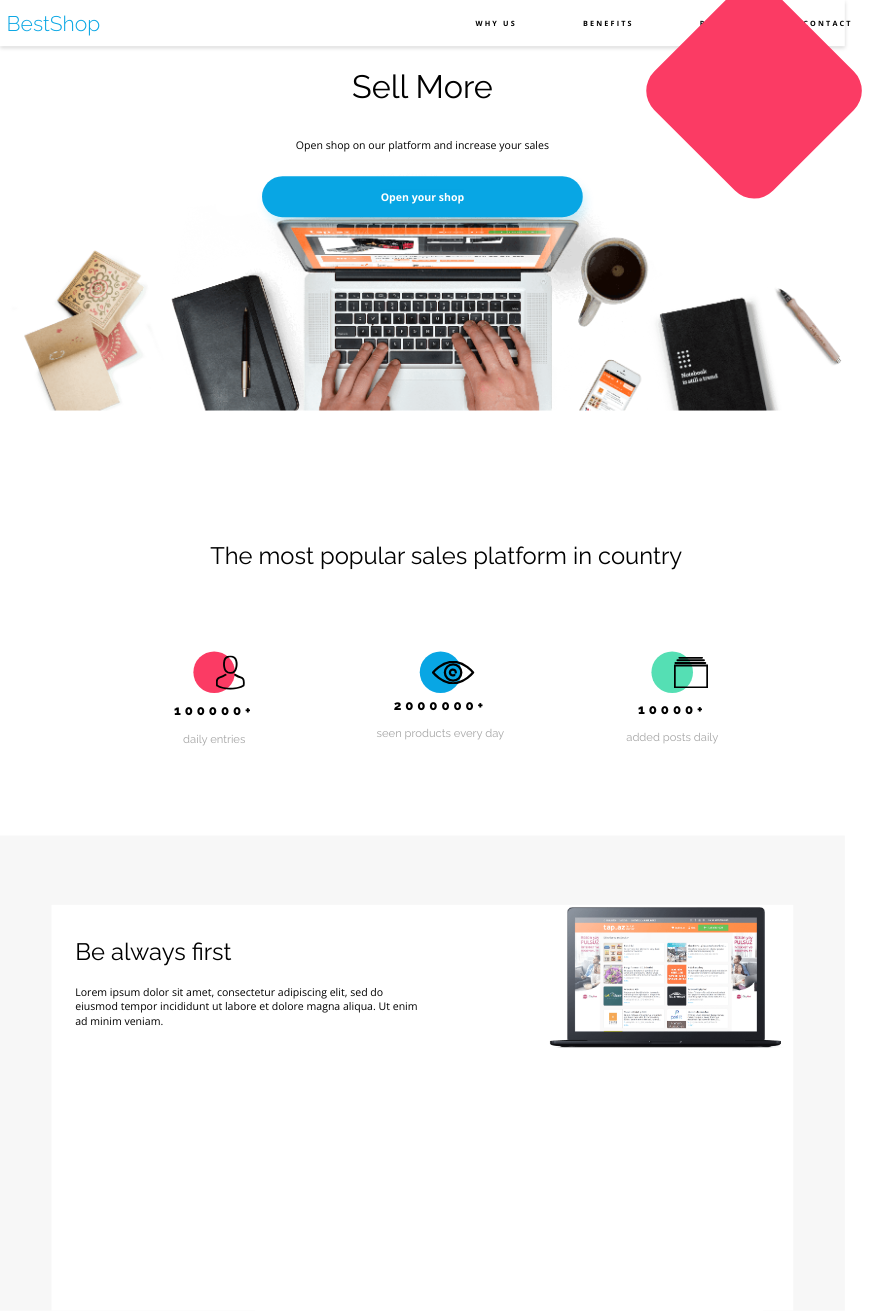
Repository: Widzisz/bestshop-website
Page: index.html
The author's editor kept a copy of each file at every save. The page is drawn from the files as they stood at one save, then again after the next save.
The browser window is 1280 px wide. The page is 1352 px wide, so the pictures cover 1352 px, including what lies to the right of the window. The pictures show the whole page, at 66% of full size.

Above is the page before, as saved 2021-03-19 21:21:11.

### index.html
<!DOCTYPE html>
<html lang="en">

<head>
  <meta charset="UTF-8">
  <meta http-equiv="X-UA-Compatible" content="IE=edge">
  <meta name="viewport" content="width=device-width, initial-scale=1.0">
  <link rel="preconnect" href="https://fonts.gstatic.com">
  <link
    href="https://fonts.googleapis.com/css2?family=Open+Sans:ital,wght@0,300;0,400;0,600;0,700;0,800;1,300;1,400;1,600;1,700;1,800&family=Raleway:ital,wght@0,100;0,200;0,300;0,400;0,500;0,600;0,700;0,800;0,900;1,100;1,200;1,300;1,400;1,500;1,600;1,700;1,800;1,900&display=swap"
    rel="stylesheet">
  <title>BestShop</title>
  <link rel="stylesheet" href="css/normalize.css">
  <link rel="stylesheet" href="css/style.css">
</head>

<body>
  <div class="hero">
    <!--!!! HEADER + NAV !!!-->
    <header class="header">
      <div class="container">

        <div class="logo">
          <a href="" class="logo__title">
            BestShop
          </a>
        </div>

        <nav class="menu">
          <ul class="menu__list">
            <li><a href="">WHY US</a></li>
            <li><a href="">BENEFITS</a></li>
            <li><a href="">PRICES</a></li>
            <li><a href="">CONTACT</a></li>
          </ul>
        </nav>

      </div>
    </header>

    <!--!!! SEKCJA PIERWSZA !!!-->
    <section class="welcome">
      <div class="welcome__rows">
        <h1 class="welcome__rows-title">
          Sell More
        </h1>
        <p class="welcome__rows-text">
          Open shop on our platform and increase your sales
        </p>
        <div class="welcome__rows-btn">
          <a href="" class="welcome__rows-btn-1">
            Open your shop
          </a>
        </div>
      </div>
    </section>

    <!--!!! SEKCJA DRUGA !!!-->
    <section class="container">
      <div class="statistics">
        <h2 class="statistics__title">
          The most popular sales platform in country
        </h2>

        <div class="statistics__rows">

          <div class="statistics__rows-1">
            <div class="statistics__rows-picture">
              <div class="statistics__rows-circle-1">
              </div>
              <img src="images/person.svg" alt="" class="statistics-icon-1">
            </div>
            <p class="statistics__rows-numbers">
              100000+
            </p>
            <p class="statistics__rows-text">
              daily entries
            </p>
          </div>

          <div class="statistics__rows-2">
            <div class="statistics__rows-picture">
              <div class="statistics__rows-circle-2">
              </div>
              <img src="images/eye.svg" alt="" class="statistics-icon-2">
            </div>
            <p class="statistics__rows-numbers">
              2000000+
            </p>
            <p class="statistics__rows-text">
              seen products every day
            </p>
          </div>

          <div class="statistics__rows-3">
            <div class="statistics__rows-picture">
              <div class="statistics__rows-circle-3">
              </div>
              <img src="images/catalog.svg" alt="" class="statistics-icon-3">
            </div>
            <p class="statistics__rows-numbers">
              10000+
            </p>
            <p class="statistics__rows-text">
              added posts daily
            </p>
          </div>


        </div>
      </div>
    </section>


    <!--!!! SEKCJA TRZECIA !!!-->
    <div class="hero-2">
      <section class="container-2">

        <div class="promotion-1">
          <div class="promotion__image-1">
            <div class="promotion__picture">
              <img src="images/macbook.png" alt="" class="promotion__picture-1">
            </div>
            <div class="promotion__image-figure-1">
            </div>
          </div>
          <div class="text__rows">
            <h2 class="text__rows-title">
              Be always first
            </h2>
            <p class="text__rows-text">
              Lorem ipsum dolor sit amet, consectetur adipiscing elit, sed do eiusmod tempor incididunt ut labore et
              dolore magna aliqua. Ut enim ad minim veniam.
            </p>
            <div class="text__rows-underline-1">
            </div>
          </div>
        </div>

      </section>
    </div>

  </div>

  </div>




</body>

</html>

### css/style.css
:root {
  --c-primary: #08a6e4;
  --c-primary-shadow: rgba(7, 172, 230, 0.16);
  --c-redish: #fb3b64;
  --c-green: #55dfb4;
  --c-black: #000000;
  --c-grey: #a5a5a5;
  --c-light-grey: #f7f7f7;
  --c-white: #ffffff;
  --font-open: "Open Sans", sans-serif;
  --font-raleway: "Raleway", sans-serif;
  --cursor-pointer: pointer;
}

html {
}

* {
  box-sizing: border-box;
}
body {
  margin: 0;
}

.container {
  width: 1352px;
  margin: 0 auto;
  padding-left: 10px;
  padding-right: 10px;
}

/* -------------------------------------------------------------------------
                           NAGŁÓWEK
------------------------------------------------------------------------- */
.hero {
  width: 100%;
  height: 100vh;
  background-color: var(--c-white);
}

.header {
  width: 100%;
  height: 70px;
  background-color: var(--c-white);
  box-shadow: 0px 3px 6px #00000029;
  opacity: 1;
}

.header .container {
  height: 100%;
  display: flex;
  justify-content: space-between;
  align-items: center;
}

.logo {
}

.logo__title {
  text-align: left;
  text-decoration: none;
  color: var(--c-primary);
  letter-spacing: 0px;
  opacity: 1;
  font: normal normal 300 32px/37px var(--font-raleway);
  cursor: var(--cursor-pointer);
}

.menu {
}
.menu__list {
  list-style-type: none;
  display: flex;
}
.menu__list a {
  padding: 0 50px;
  text-decoration: none;
  text-align: center;
  font: normal normal bold 11px/15px var(--font-open);
  letter-spacing: 3.28px;
  color: var(--c-black);
  opacity: 1;
  position: relative;
}

.menu__list a::before {
  content: "";
  position: absolute;
  width: 100%;
  height: 4px;
  top: 40px;
  left: 0;
  background-color: var(--c-primary);
  visibility: hidden;
  transform: scaleX(0);
  transition: all 0.3s ease-in-out 0s;
}

.menu__list a:hover::before {
  visibility: visible;
  transform: scaleX(0.5);
}

/* -------------------------------------------------------------------------
                           SEKCJA PIERWSZA
------------------------------------------------------------------------- */
.welcome {
  height: 100vh;
  background-image: url(../images/background.png);
  background-repeat: no-repeat;
  background-size: contain;
  background-position: center;
}

.welcome__rows {
  display: flex;
  justify-content: center;
  align-items: center;
  flex-direction: column;
  padding-bottom: 100px;
}

.welcome__rows-title {
  text-align: center;
  font: normal normal normal 49px/57px var(--font-raleway);
  letter-spacing: 0px;
  color: var(--c-black);
  opacity: 1;
}

.welcome__rows-text {
  text-align: center;
  font: normal normal normal 16px/22px var(--font-open);
  letter-spacing: 0px;
  color: var(--c-black);
  opacity: 1;
}

.welcome__rows-btn {
  margin-top: 20px;
  padding: 20px 180px;
  background: var(--c-primary);
  box-shadow: 5px 10px 14px #07ace629;
  border-radius: 40px;
  opacity: 1;
}

.welcome__rows-btn-1 {
  font: normal normal bold 16px/22px var(--font-open);
  text-align: center;
  letter-spacing: 0px;
  background: var(--c-primary);
  color: var(--c-white);
  text-decoration: none;
}

/* -------------------------------------------------------------------------
                           SEKCJA DRUGA
------------------------------------------------------------------------- */

.statistics {
  display: flex;
  justify-content: center;
  align-items: center;
  flex-direction: column;
}
.statistics__title {
  text-align: center;
  font: normal normal normal 36px/42px var(--font-raleway);
  letter-spacing: 0px;
  color: var(--c-black);
  opacity: 1;
  padding-bottom: 101px;
}

.statistics__rows {
  display: flex;
  justify-content: center;
  align-items: center;
  gap: 185px;
  padding-bottom: 120px;
}

.statistics__rows-picture {
  display: flex;
  justify-content: center;
  align-items: center;
}

.statistics__rows-circle-1 {
  height: 63px;
  width: 63px;
  background: var(--c-redish);
  border-radius: 50%;
  opacity: 1;
  position: absolute;
  z-index: 0;
}

.statistics__rows-circle-2 {
  height: 63px;
  width: 63px;
  background: var(--c-primary);
  border-radius: 50%;
  opacity: 1;
  position: absolute;
  z-index: 0;
}

.statistics__rows-circle-3 {
  height: 63px;
  width: 63px;
  background: var(--c-green);
  border-radius: 50%;
  opacity: 1;
  position: absolute;
  z-index: 0;
}

.statistics-icon-1 {
  position: relative;
  left: 20%;
  z-index: 1;
}

.statistics-icon-2 {
  position: relative;
  left: 10%;
  z-index: 1;
}

.statistics-icon-3 {
  position: relative;
  left: 20%;
  z-index: 1;
}

.statistics__rows-numbers {
  text-align: center;
  font: normal normal 800 20px/24px var(--font-raleway);
  letter-spacing: 5.96px;
  color: var(--c-black);
  opacity: 1;
}

.statistics__rows-text {
  text-align: center;
  font: normal normal normal 17px/20px var(--font-raleway);
  letter-spacing: 0px;
  color: var(--c-grey);
  opacity: 1;
}

/* -------------------------------------------------------------------------
                             SEKCJA TRZECIA
------------------------------------------------------------------------- */

.hero-2 {
  width: 100%;
  height: 100vh;
  background: var(--c-light-grey);
  padding-top: 105px;
  display: flex;
  justify-content: center;
}

.container-2 {
  width: 1124px;
  background: var(--c-white);

}

.promotion-1 {
  display: flex;
  justify-content: space-between;
  align-items: center;
  flex-direction: row-reverse;
  gap: 169px;
}
.promotion__image-1 {
  display: flex;
  justify-content: center;
  align-items: center;
}
.promotion__picture {
}
.promotion__picture-1 {
  width: 386px;
  height: 219px;
  position: relative;
  top: 0;
  right: 0;
  z-index: 1;
}
.promotion__image-figure-1 {
  background-color: var(--c-redish);
  width: 255px;
  height: 255px;
  border-radius: 41px;
  opacity: 1;
  transform: rotate(45deg);
  position: absolute;
  top: 10px;
  right: 10px;
  z-index: 0;
}
.text__rows {
    padding-left: 36px;
}
.text__rows-title {
  text-align: left;
  font: normal normal normal 36px/42px var(--font-raleway);
  letter-spacing: 0px;
  color: var(--c-black);
  opacity: 1;
}
.text__rows-text {
  text-align: left;
  font: normal normal normal 16px/22px var(--font-open);
  letter-spacing: 0px;
  color: var(--c-black);
  opacity: 1;
}
.text__rows-underline-1 {
}

Loaded but not shown: css/normalize.css (library)

After the next save:
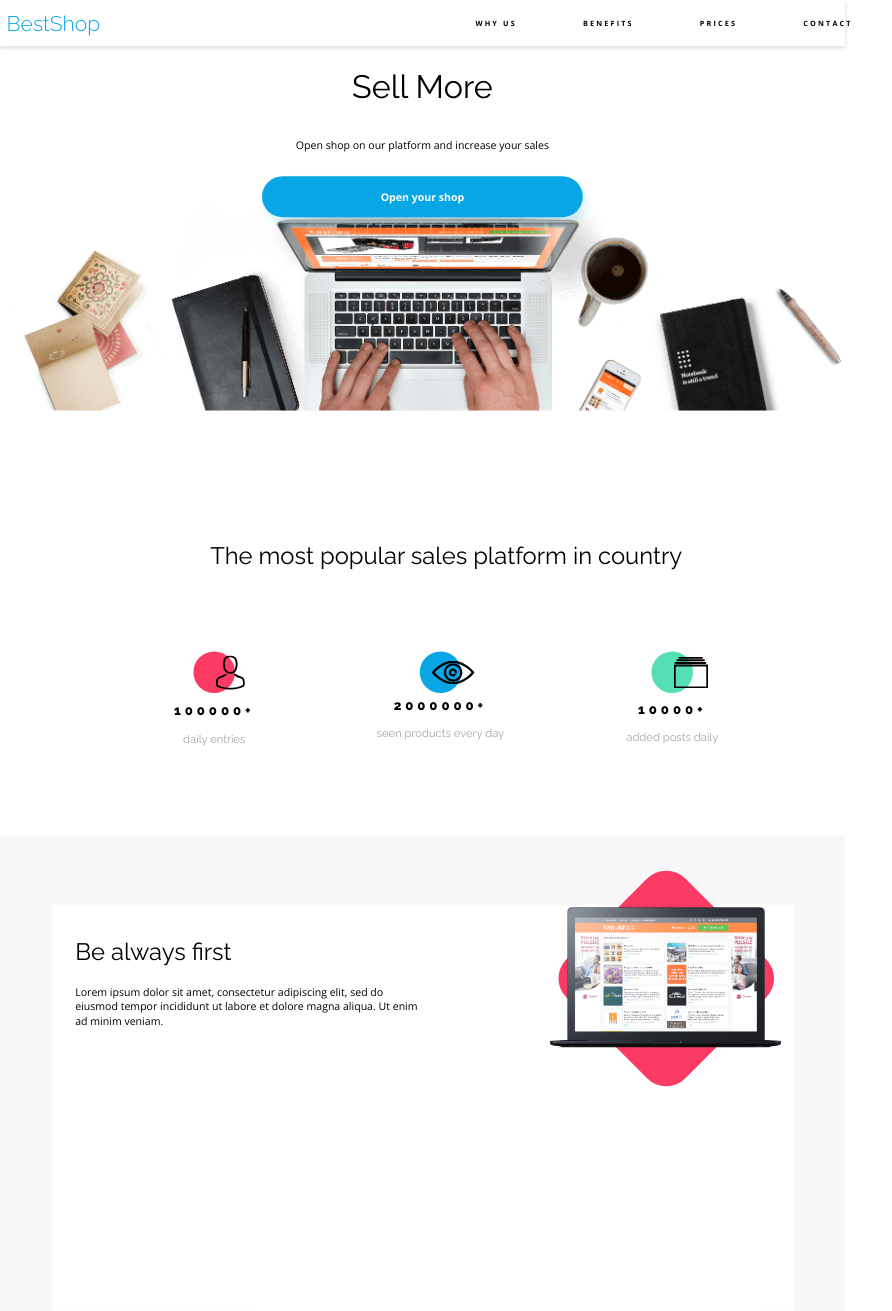
Saved 42 s later.
--- a/css/style.css
+++ b/css/style.css
@@ -300,8 +300,6 @@ body {
   opacity: 1;
   transform: rotate(45deg);
   position: absolute;
-  top: 10px;
-  right: 10px;
   z-index: 0;
 }
 .text__rows {
